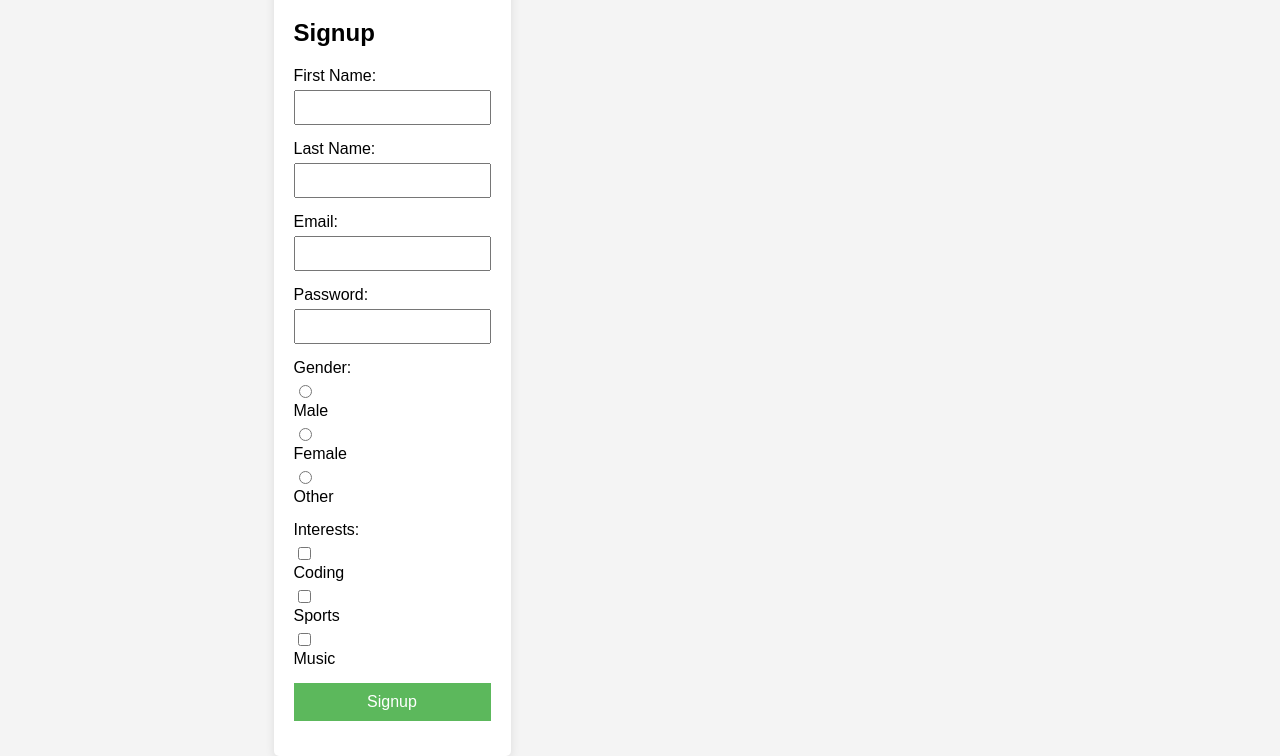
Repository: SHASHIDHAR-as/Spring
Page: spring-jsp-servelets/webapp/Webapp/src/main/webapp/Login.html
These files come from the project's save history. The page is drawn as it stood at one moment and after the next save; the edit follows.
The browser window is 1280 px wide. The pictures show the whole page.

Above is the page before, as saved 2024-07-30 06:21:54.

After the next save:
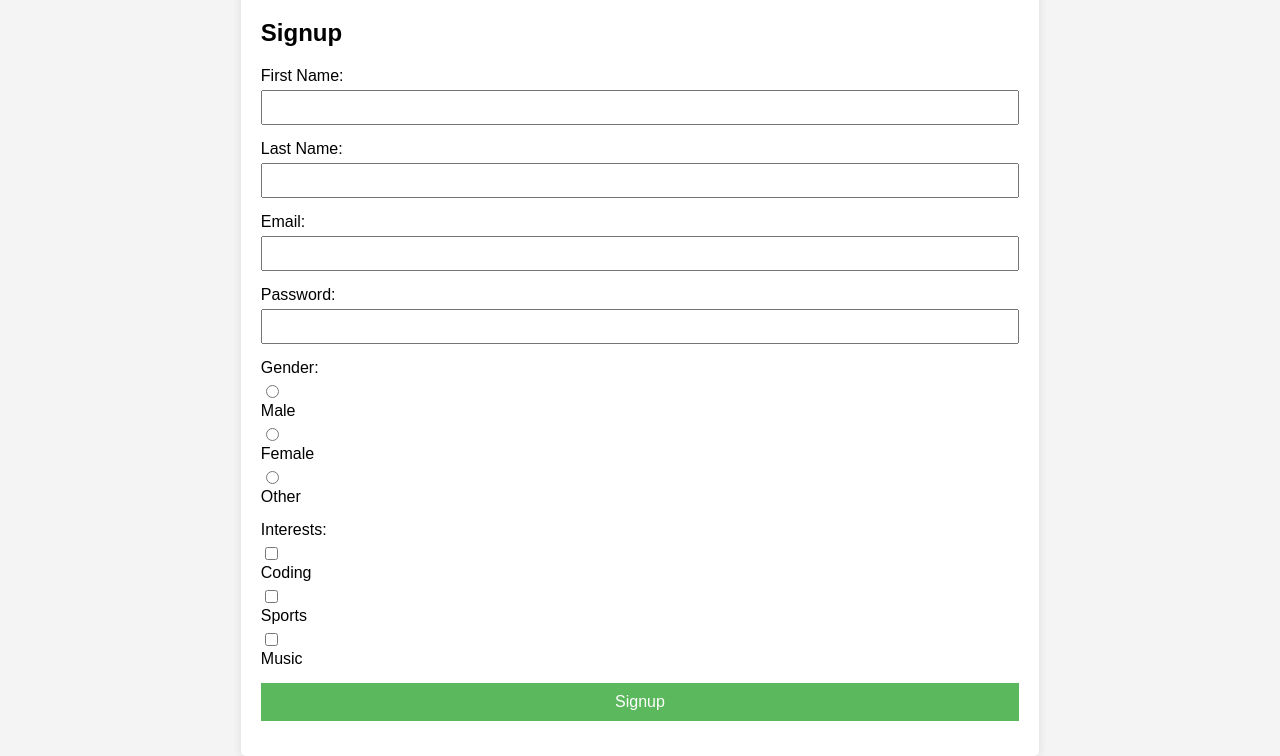
Saved 26 s later.
--- a/spring-jsp-servelets/webapp/Webapp/src/main/webapp/Login.html
+++ b/spring-jsp-servelets/webapp/Webapp/src/main/webapp/Login.html
@@ -12,13 +12,14 @@
             justify-content: center;
             align-items: center;
             height: 100vh;
-            width:60%;
+
         }
         .signup-form {
             background-color: #fff;
             padding: 20px;
             border-radius: 5px;
             box-shadow: 0 2px 10px rgba(0, 0, 0, 0.1);
+            width:60%;
         }
         .signup-form h2 {
             margin-bottom: 20px;
